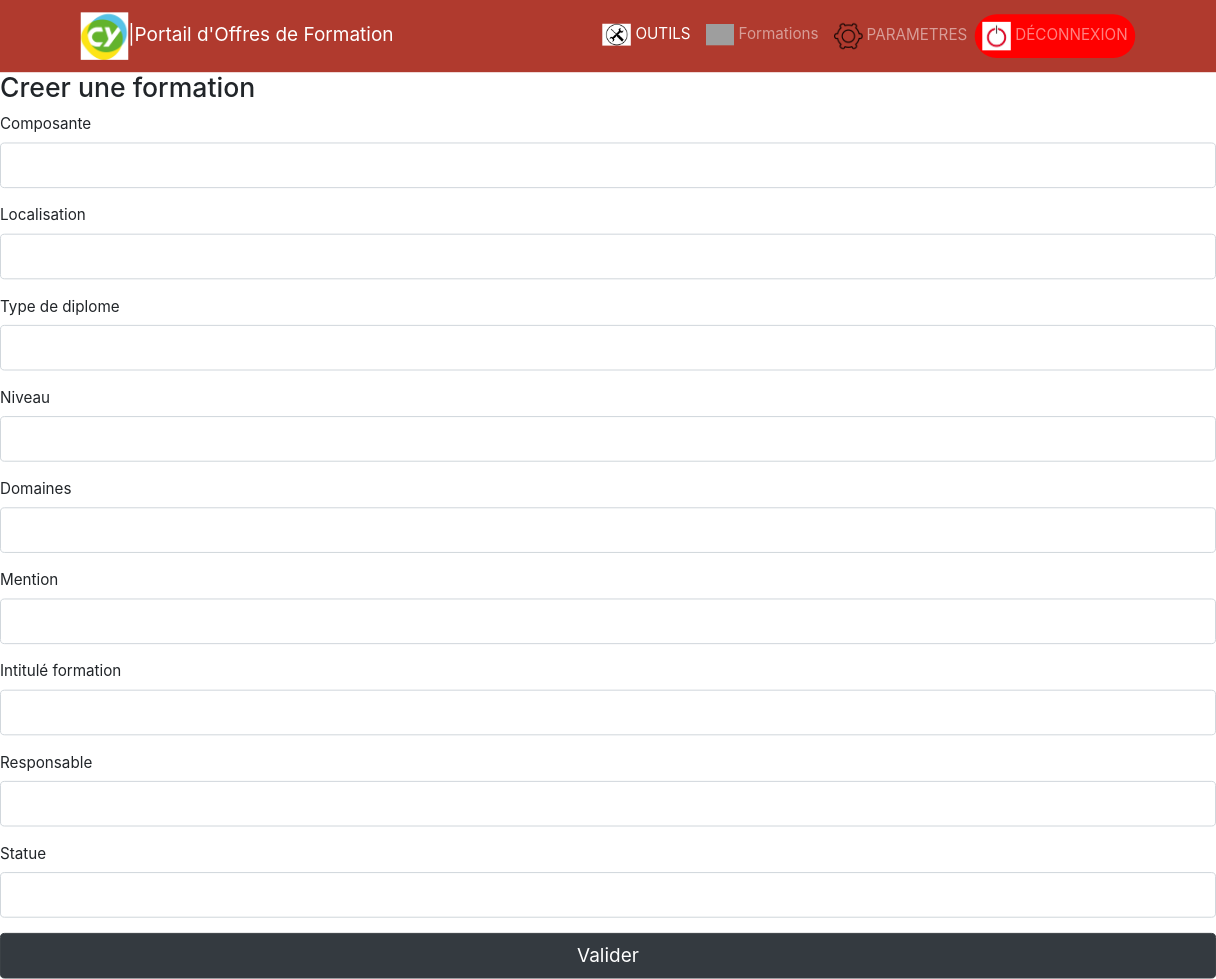
Repository: BaldeThierno1990/Projet-1-formation-tableau-generique-vue-export
Page: / (app in mcc/)
These files come from the project's save history. The page is drawn as it stood at one moment and after the next save; the edit follows.
The browser window is 1280 px wide. The pictures show the whole page, at 95% of full size.
Pictures or frames that could not be fetched are drawn as grey boxes. The project was rebuilt for these pictures with package versions that can differ from the ones it lists, and the page was loaded fresh each time.

Above is the page before, as saved 2021-03-29 11:49:29.

### mcc/src/main.js
import Vue from 'vue'
import App from './App.vue'

import 'bootstrap';
import 'bootstrap/dist/css/bootstrap.min.css';

Vue.config.productionTip = false

new Vue({
  render: h => h(App),
}).$mount('#app')

### mcc/src/App.vue
<template>
  <div id="app">
    <v-header></v-header>
   <creat-form></creat-form>

  </div>
</template>

<script>

import VHeader from "./components/menu/VHeader.vue";


import CreatForm from './components/tableau/Creat-form.vue';

export default {
  name: "App",
  components: {
    VHeader,
    CreatForm,


  },
};
</script>

<style>
#app {
  font-family: Avenir, Helvetica, Arial, sans-serif;
  -webkit-font-smoothing: antialiased;
  -moz-osx-font-smoothing: grayscale;
  text-align: center;
  color: #2c3e50;
}
#nav {
  padding: 30px;
}
/*Pour tous les appareils équipés d'écrans et dont la taille est inférieure à 780px*/
@media screen and (max-width: 780px){
    body{
        background-color: #848; /*Violet*/
  }
    .conteneur-flex{
        flex-flow: column wrap;
    }
}

### mcc/src/components/menu/VHeader.vue
<template>
  <div class="header">
    <!-- Navigation -->
    <nav class="navbar navbar-expand-lg navbar-dark static-top" id="nav">
      <div class="container">
        <a class="navbar-brand" href="#">
          <img src="@/assets/logo.jpg" alt="Logo" width="50" />|Portail d'Offres
          de Formation
        </a>
        <button
          class="navbar-toggler"
          type="button"
          data-toggle="collapse"
          data-target="#navbarResponsive"
          aria-controls="navbarResponsive"
          aria-expanded="false"
          aria-label="Toggle navigation"
        >
          <span class="navbar-toggler-icon"></span>
        </button>
        <div class="collapse navbar-collapse" id="navbarResponsive">
          <ul class="navbar-nav ml-auto">
            <li class="nav-item active">
              <a class="nav-link" href="#">
                <img src="@/assets/icone_outils.jpg" alt="Outils" width="30" />
                OUTILS
                <span class="sr-only">(current)</span>
              </a>
            </li>

            <li class="nav-item">
              <a class="nav-link" href="#"
                ><img
                  src="@/assets/icone_formation.png"
                  alt="Formation"
                  width="30"
                />
                Formations</a
              >
            </li>
            <li class="nav-item">
              <a class="nav-link" href="#"
                ><img
                  src="@/assets/icone_parametre.png"
                  alt="Parametre"
                  width="30"
                />
                PARAMETRES</a
              >
            </li>
            <li class="nav-item">
              <a id="out" class="nav-link" href="#">
                <img
                  src="@/assets/icone_deconnexion.jpeg"
                  alt="Formation"
                  width="30"
                />
                DÉCONNEXION</a
              >
            </li>
          </ul>
        </div>
      </div>
    </nav>
  </div>
</template>
<style>
#nav {
  background-color: #b03a2e;
}
#out {
  background-color: red;
  border-radius: 30px;
}
li a {
  color: white;
}
</style>

### mcc/src/components/tableau/Creat-form.vue
<template>
    <div class="vue-tempalte">
        <form>
            <h3>Creer une formation</h3>

            <div class="form-group">
                <label>Composante</label>
                <input type="text" class="form-control form-control-lg"/>
            </div>

            <div class="form-group">
                <label>Localisation</label>
                <input type="local" class="form-control form-control-lg" />
            </div>

            <div class="form-group">
                <label>Type de diplome</label>
                <input type="diplome" class="form-control form-control-lg" />
            </div>
              <div class="form-group">
                <label>Niveau</label>
                <input type="niveau" class="form-control form-control-lg" />
            </div>
              <div class="form-group">
                <label>Domaines</label>
                <input type="domaine" class="form-control form-control-lg" />
            </div>
              <div class="form-group">
                <label>Mention</label>
                <input type="mention" class="form-control form-control-lg" />
            </div>
              <div class="form-group">
                <label>Intitulé formation</label>
                <input type="intitule" class="form-control form-control-lg" />
            </div>
              <div class="form-group">
                <label>Responsable</label>
                <input type="responsable" class="form-control form-control-lg" />
            </div>
              <div class="form-group">
                <label>Statue</label>
                <input type="statue" class="form-control form-control-lg" />
            </div>

            <button type="submit" class="btn btn-dark btn-lg btn-block">Valider</button>


        </form>
    </div>
</template>

<script>
    export default {
       data() {
    return {
      form: {
        name: null,
        local: null,
        diplome: null,
        niveau: null,
        domaine: null,
        mention: null,
        intitule: null,
        responsable: null,
        statue: null
      }
    };
  },



       methods:{
    checkForm: function (e) {
      if (this.name && this.local && this.diplome && this.niveau && this.domaine && this.mention && this.intitule && this.statue) {
        return true;
      }

      this.errors = [];

      if (!this.name) {
        this.errors.push('Name required.');
      }
      if (!this.local) {
        this.errors.push('local required.');
      }
       if (!this.diplome) {
        this.errors.push('diplome required.');
      }
       if (!this.niveau) {
        this.errors.push('niveau required.');

      }
       if (!this.domaine) {
        this.errors.push('domaine required.');
      }
       if (!this.mention) {
        this.errors.push('Mention required.');
      }
       if (!this.intitule) {
        this.errors.push('Intitulé required.');
      }
       if (!this.statue) {
        this.errors.push('statue required.');
      }

      e.preventDefault();
    }

       }
    }



</script>

### mcc/src/assets/css/main.css
* {
    box-sizing: border-box;
  }

  body {
    background: #2554FF !important;
    min-height: 100vh;
    display: flex;
    font-weight: 400;
  }

  body,
  html,
  .App,
  .vue-tempalte,
  .vertical-center {
    width: 100%;
    height: 100%;
  }

  .navbar-light {
    background-color: #ffffff;
    box-shadow: 0px 14px 80px rgba(34, 35, 58, 0.2);
  }

  .vertical-center {
    display: flex;
    text-align: left;
    justify-content: center;
    flex-direction: column;
  }

  .inner-block {
    width: 450px;
    margin: auto;
    background: #ffffff;
    box-shadow: 0px 14px 80px rgba(34, 35, 58, 0.2);
    padding: 40px 55px 45px 55px;
    border-radius: 15px;
    transition: all .3s;
  }

  .vertical-center .form-control:focus {
    border-color: #2554FF;
    box-shadow: none;
  }

  .vertical-center h3 {
    text-align: center;
    margin: 0;
    line-height: 1;
    padding-bottom: 20px;
  }

  label {
    font-weight: 500;
  }

  .forgot-password,
  .forgot-password a {
    text-align: right;
    font-size: 13px;
    padding-top: 10px;
    color: #7a7a7a;
    margin: 0;
  }

  .forgot-password a {
    color: #2554FF;
  }

  .social-icons {
    text-align: center;
    font-family: "Open Sans";
    font-weight: 300;
    font-size: 1.5em;
    color: #222222;
  }

  .social-icons ul {
    list-style: none;
    margin: 0;
    padding: 0;
  }
  .social-icons ul li {
    display: inline-block;
    zoom: 1;
    width: 65px;
    vertical-align: middle;
    border: 1px solid #e3e8f9;
    font-size: 15px;
    height: 40px;
    line-height: 40px;
    margin-right: 5px;
    background: #f4f6ff;
  }

  .social-icons ul li a {
    display: block;
    font-size: 1.4em;
    margin: 0 5px;
    text-decoration: none;
  }
  .social-icons ul li a i {
    -webkit-transition: all 0.2s ease-in;
    -moz-transition: all 0.2s ease-in;
    -o-transition: all 0.2s ease-in;
    -ms-transition: all 0.2s ease-in;
    transition: all 0.2s ease-in;
  }

  .social-icons ul li a:focus i,
  .social-icons ul li a:active i {
    transition: none;
    color: #222222;
  }

Loaded but not shown: mcc/public/index.html (common file)

After the next save:
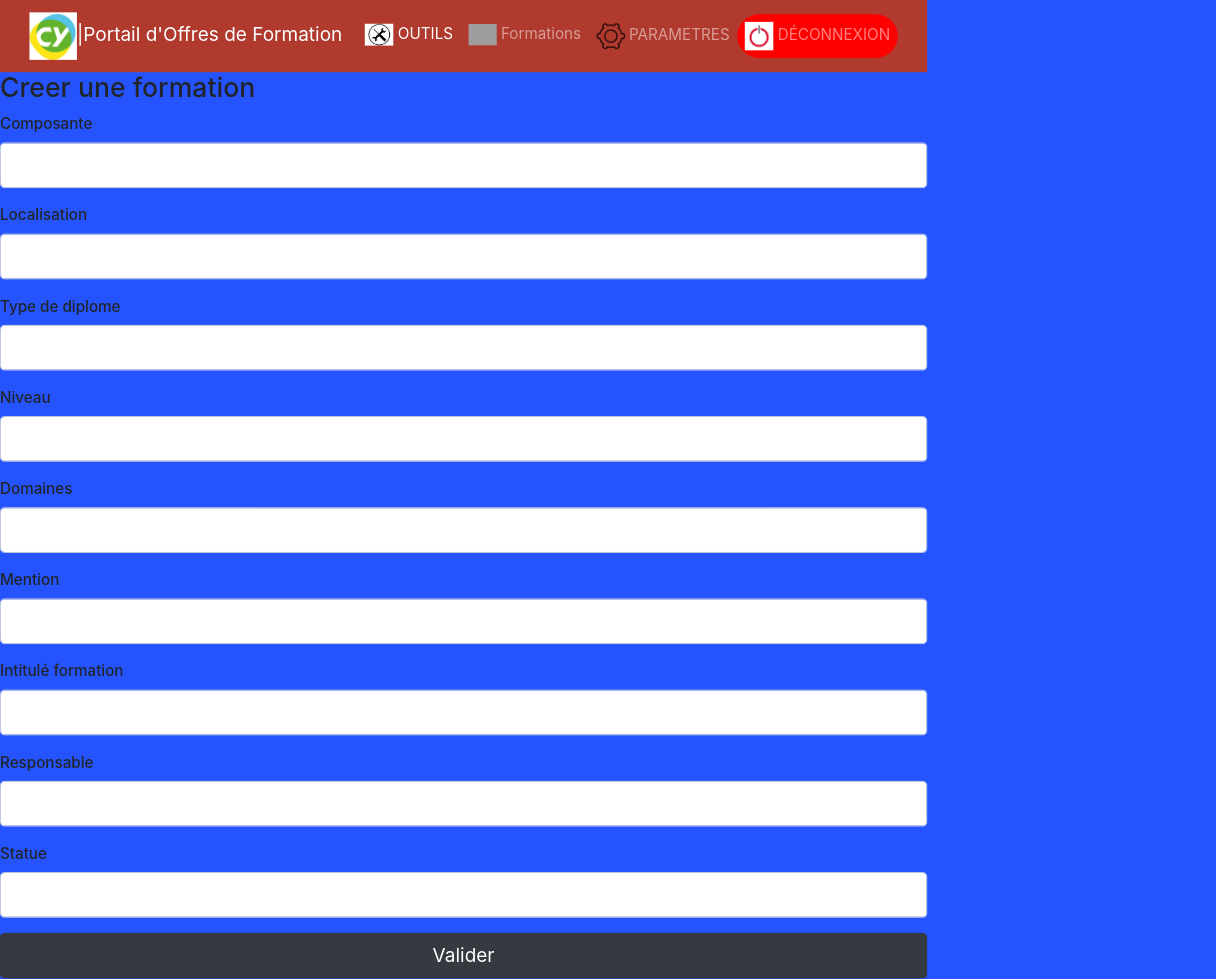
Saved 42 s later.
--- a/mcc/src/main.js
+++ b/mcc/src/main.js
@@ -1,8 +1,12 @@
 import Vue from 'vue'
 import App from './App.vue'
-
+import VueRouter from 'vue-router'
+//Bootstrap
 import 'bootstrap';
 import 'bootstrap/dist/css/bootstrap.min.css';
+import '@/assets/css/main.css'
+
+Vue.use(VueRouter)
 
 Vue.config.productionTip = false
 
